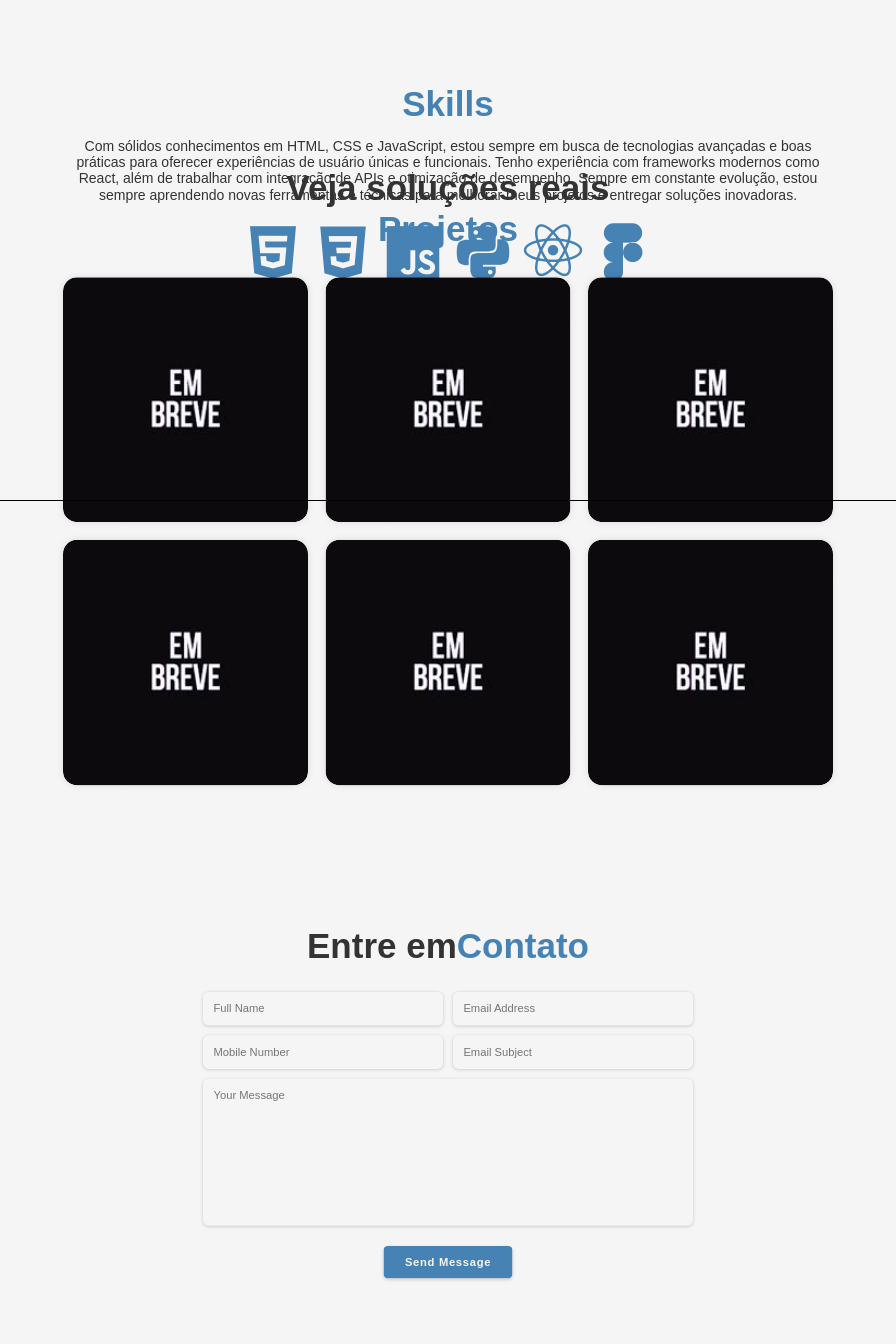
Repository: AliciaKathleen/portfolio-2025
Page: index.html
An editor plug-in stored every save of this project. The page is shown before and after the next save, followed by the edit.
The browser window is 1280 px wide. The pictures show the part of the page from y = 2190 to 4110 px (the page is 4200 px tall before and 4142 px after), at 70% of full size.

Above is the page before, as saved 2025-01-27 18:04:11.
Console error: TypeError: Cannot read properties of null (reading 'classList')

After the next save:
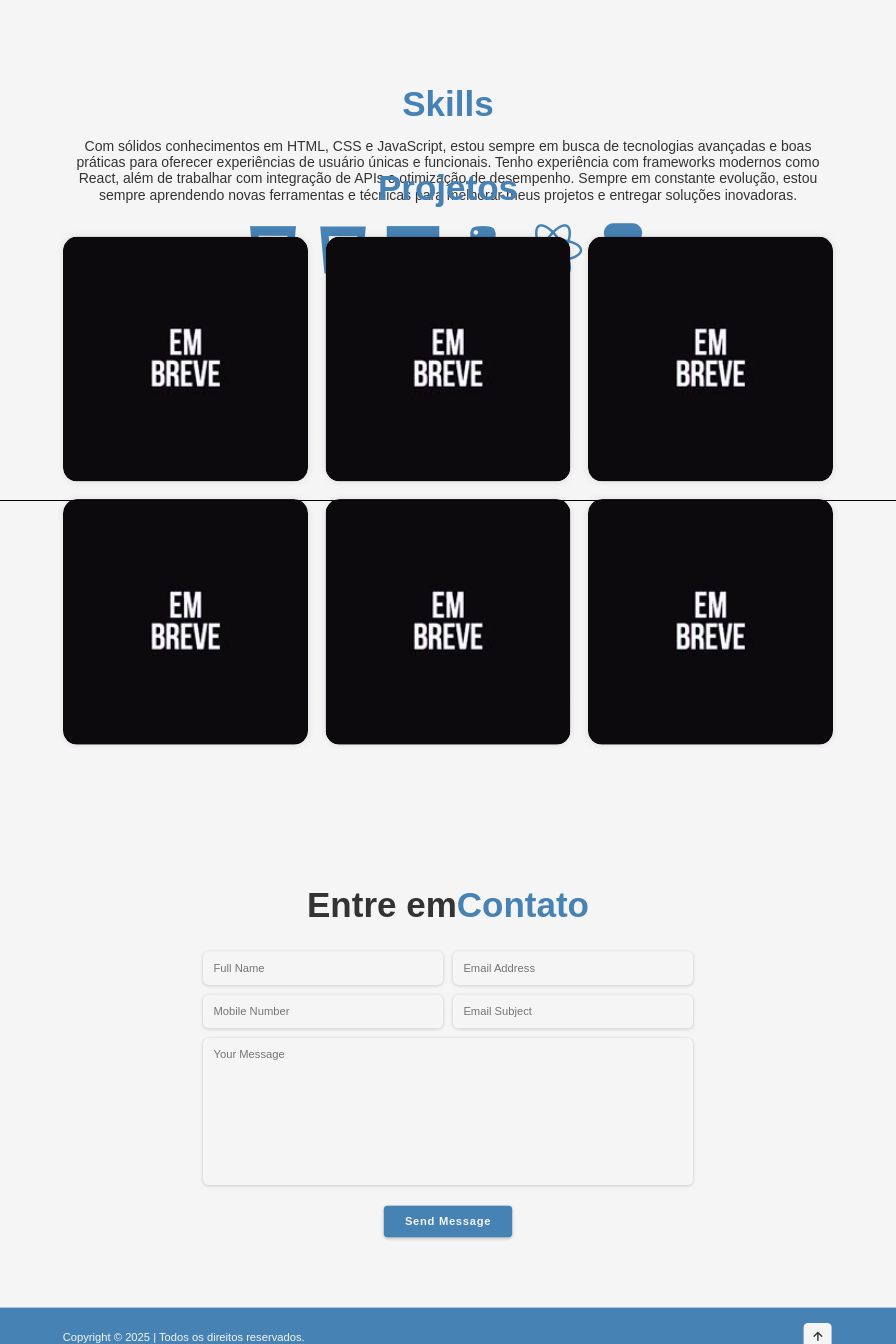
Saved 10 s later.
--- a/index.html
+++ b/index.html
@@ -146,7 +146,7 @@
     </section>
 
     <section class="portfolio" id="portfolio">
-        <h2 class="heading">Veja soluções reais <br> <span>Projetos</span></h2>
+        <h2 class="heading"><span>Projetos</span></h2>
 
         <div class="portfolio-container">
             <div class="portfolio-box">
